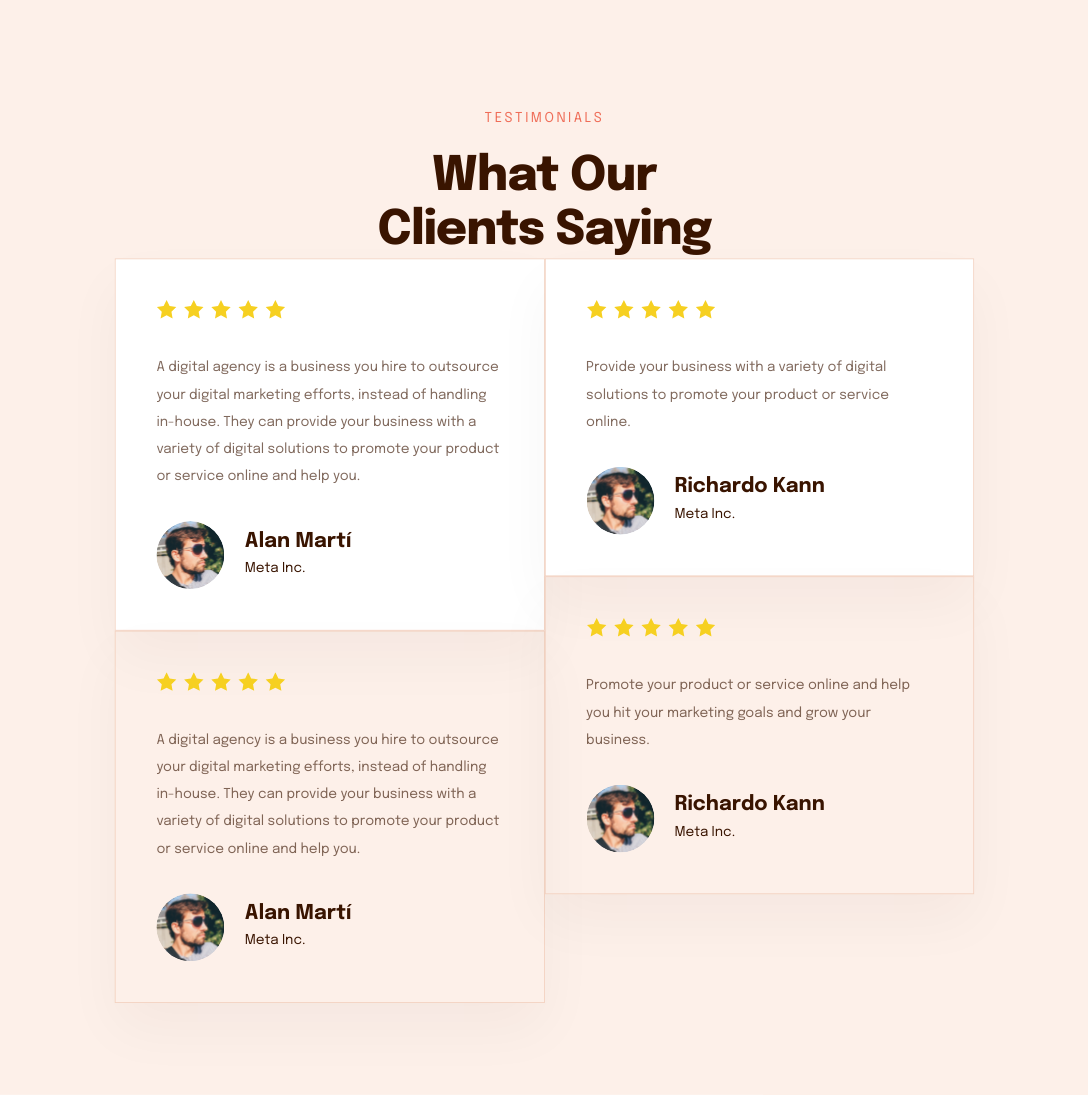
Repository: simralgasimov/task
Page: index.html
An editor plug-in stored every save of this project. The page is shown before and after the next save, followed by the edit.
The browser window is 1280 px wide. The pictures show the whole page, at 85% of full size.

Above is the page before, as saved 2023-09-06 13:49:25.

After the next save:
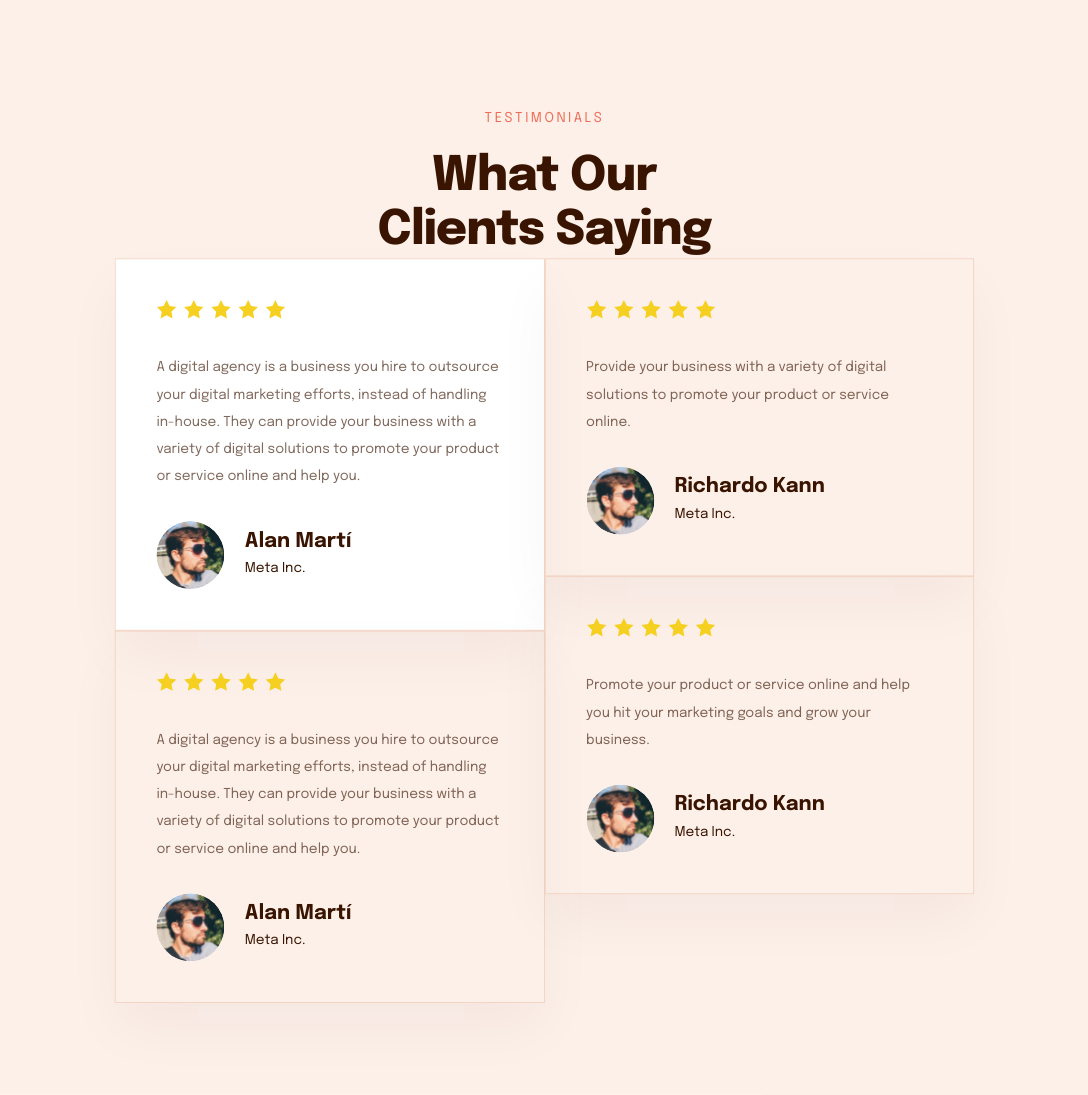
Saved 10 s later.
--- a/index.css
+++ b/index.css
@@ -51,7 +51,7 @@
   border: 1px solid #f3d1bf;
   box-shadow: 0px 32px 64px 0px rgba(57, 20, 0, 0.04);
 }
-.container .comment .box:first-child{
+.container .comment .left-box .box:first-child{
     background-color: white;
 }
 .container .comment .box .star-img {
